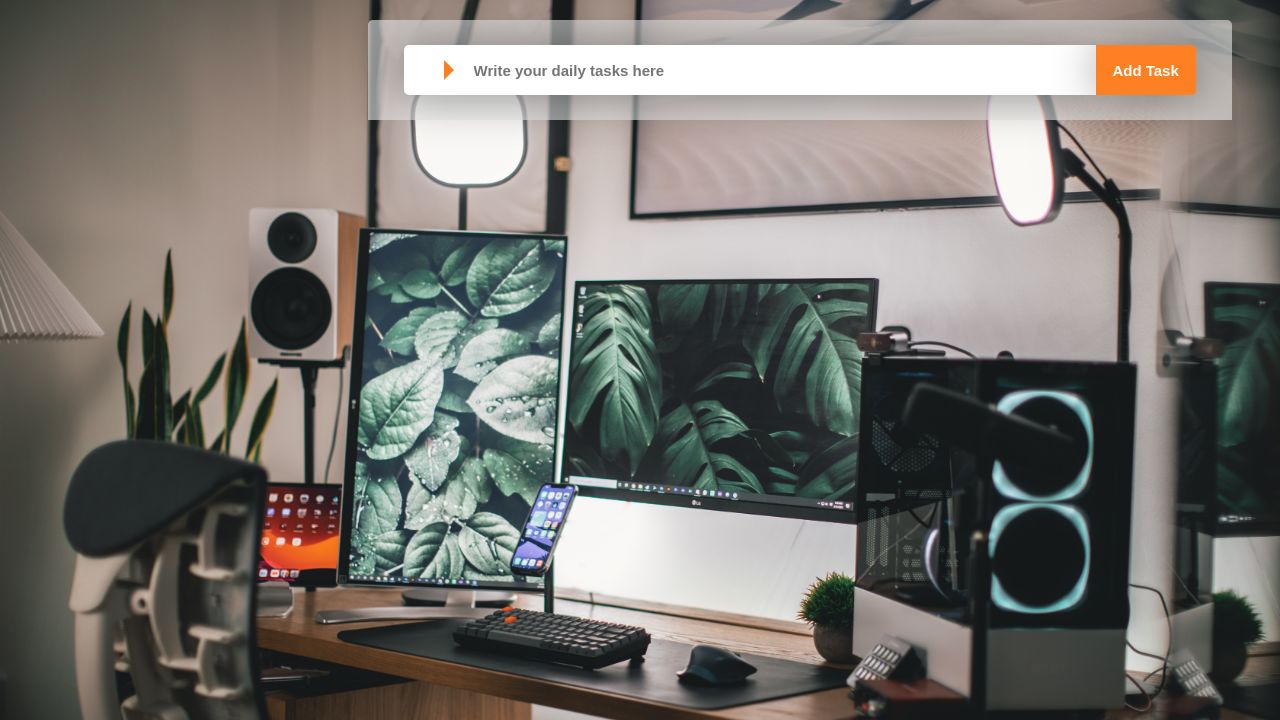
Repository: OmarEssameldinMousa/To-do-list-level01
Page: index.html
These files come from the project's save history. The page is drawn as it stood at one moment and after the next save; the edit follows.
The browser window is 1280 px wide. The pictures show the whole page.

Above is the page before, as saved 2023-08-10 00:23:27.

After the next save:
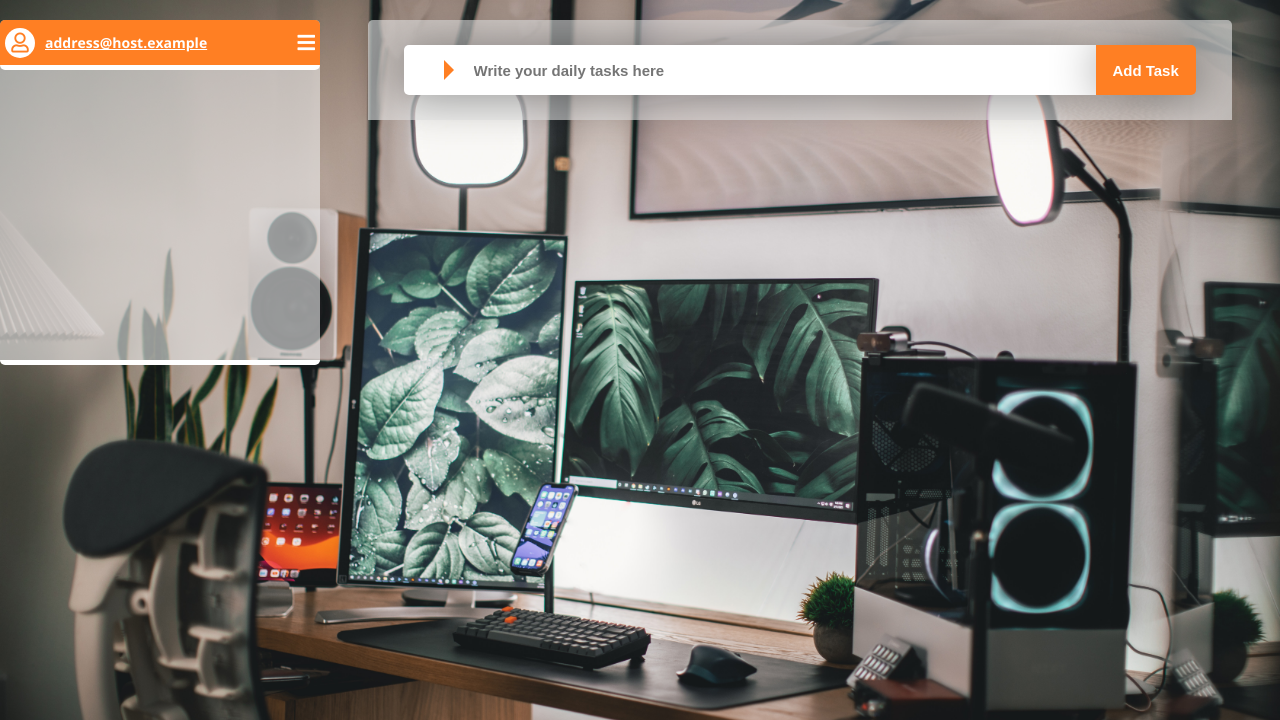
Saved 52 s later.
--- a/main.css
+++ b/main.css
@@ -47,8 +47,6 @@ ul {
     background: var(--main-color);
     border-radius: 5px;
     border-bottom: 5px solid white;
-    opacity: 0;
-    transition: opacity 0.3s ease-in-out;
 }
 
 .nav .navigation .profile {
@@ -89,6 +87,8 @@ ul {
     margin: auto;
     margin-top: 5px;
     padding-bottom: 5px;
+    opacity: 0;
+    transition: opacity 0.3s ease-in-out;
 }
 
 .nav .navigation ul li {
